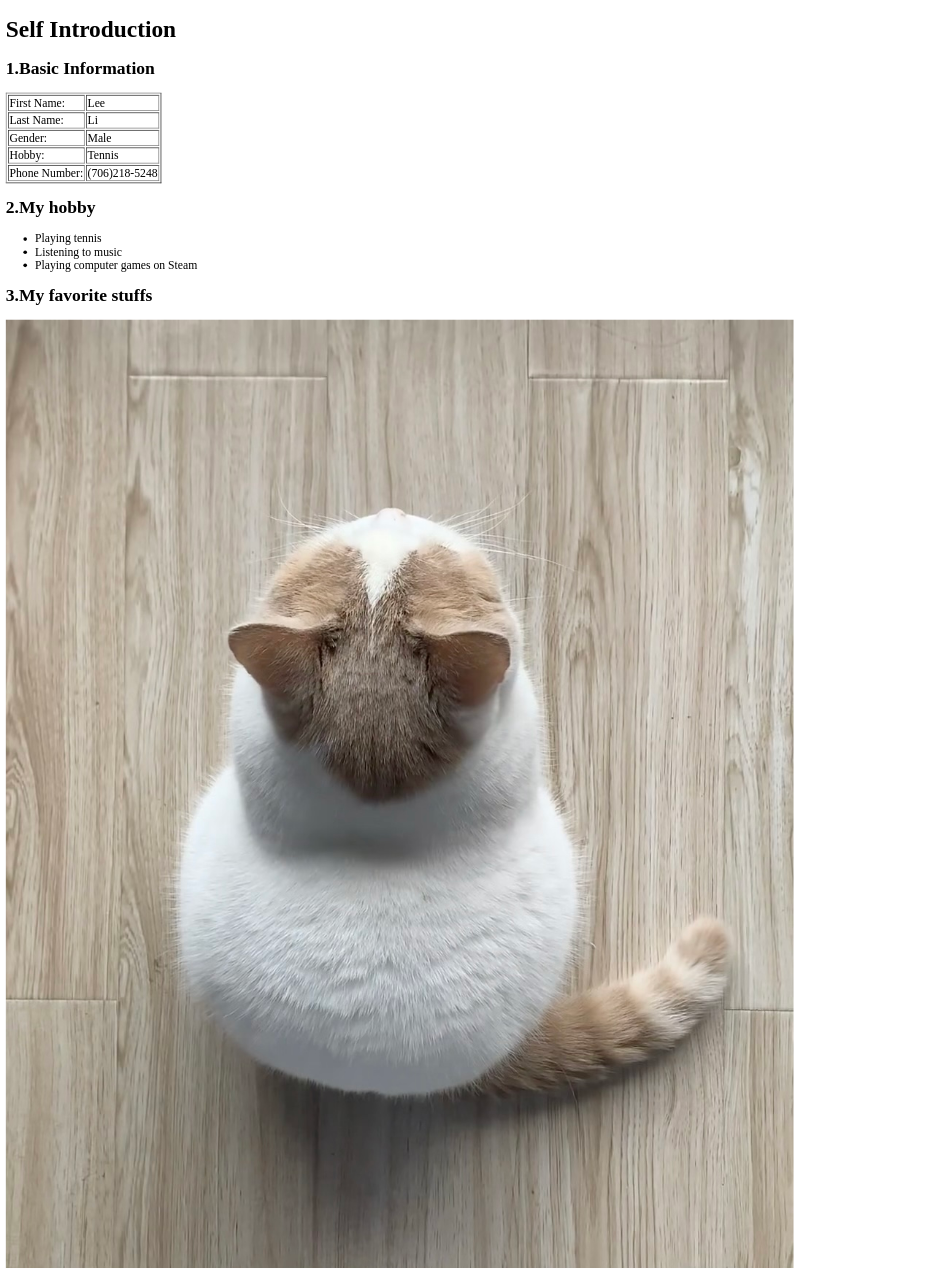
Repository: RigelLM/Java-Learning
Page: HomePage/public/Index.html
These files come from the project's save history. The page is drawn as it stood at one moment and after the next save; the edit follows.
The browser window is 1280 px wide. The pictures show the whole page, at 73% of full size.

Above is the page before, as saved 2023-01-17 17:14:32.

After the next save:
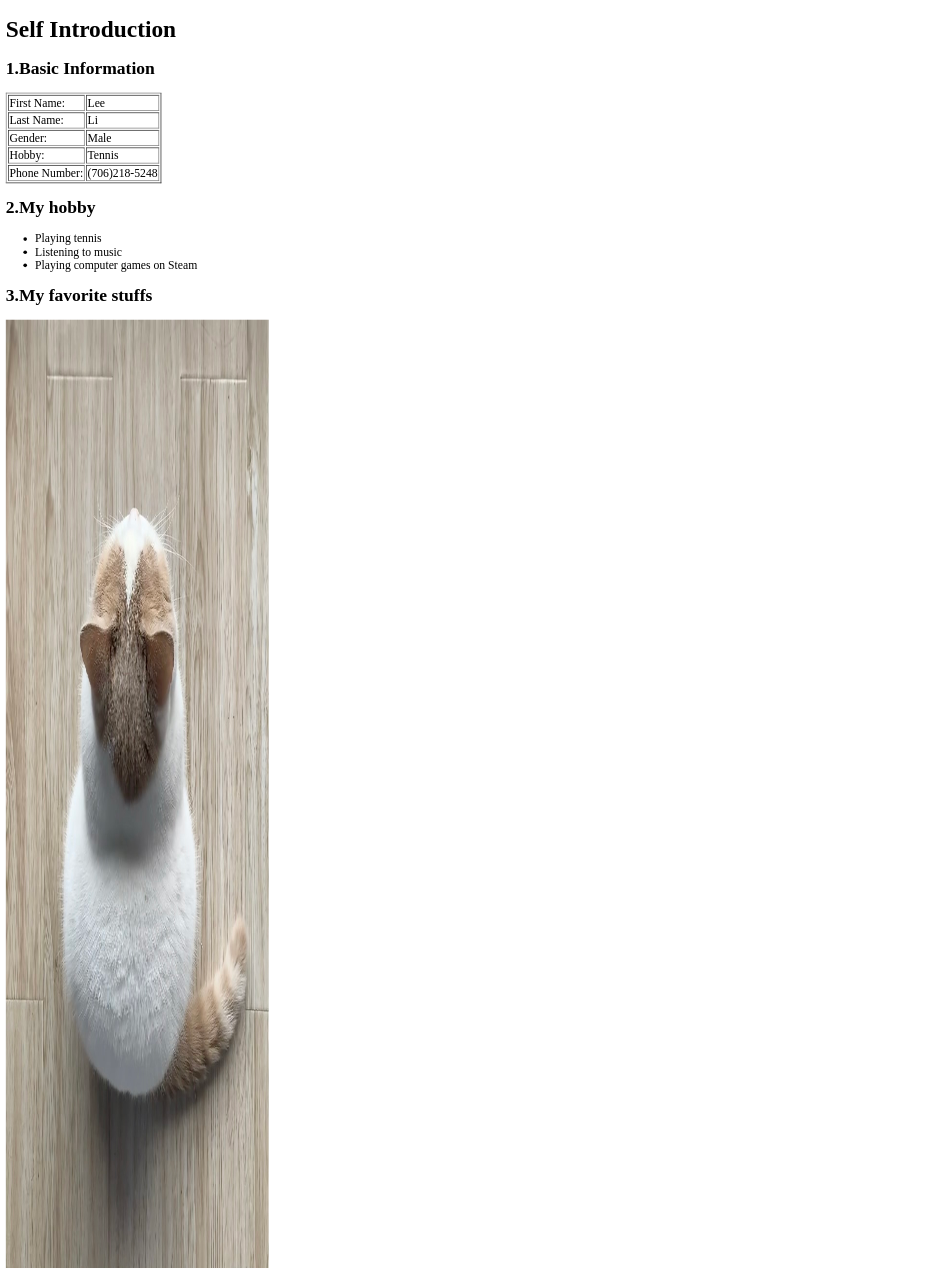
Saved 39 s later.
--- a/HomePage/public/Index.html
+++ b/HomePage/public/Index.html
@@ -35,6 +35,6 @@
 <li>Playing computer games on Steam</li>
 </ul>
 <h2>3.My favorite stuffs</h2>
-<img src="cat.jpg" alt="My Cat" width="1079/3" height="1299/3">
+<img src="cat.jpg" alt="My Cat" width="360" height="1299/3">
 </body>
 </html>
